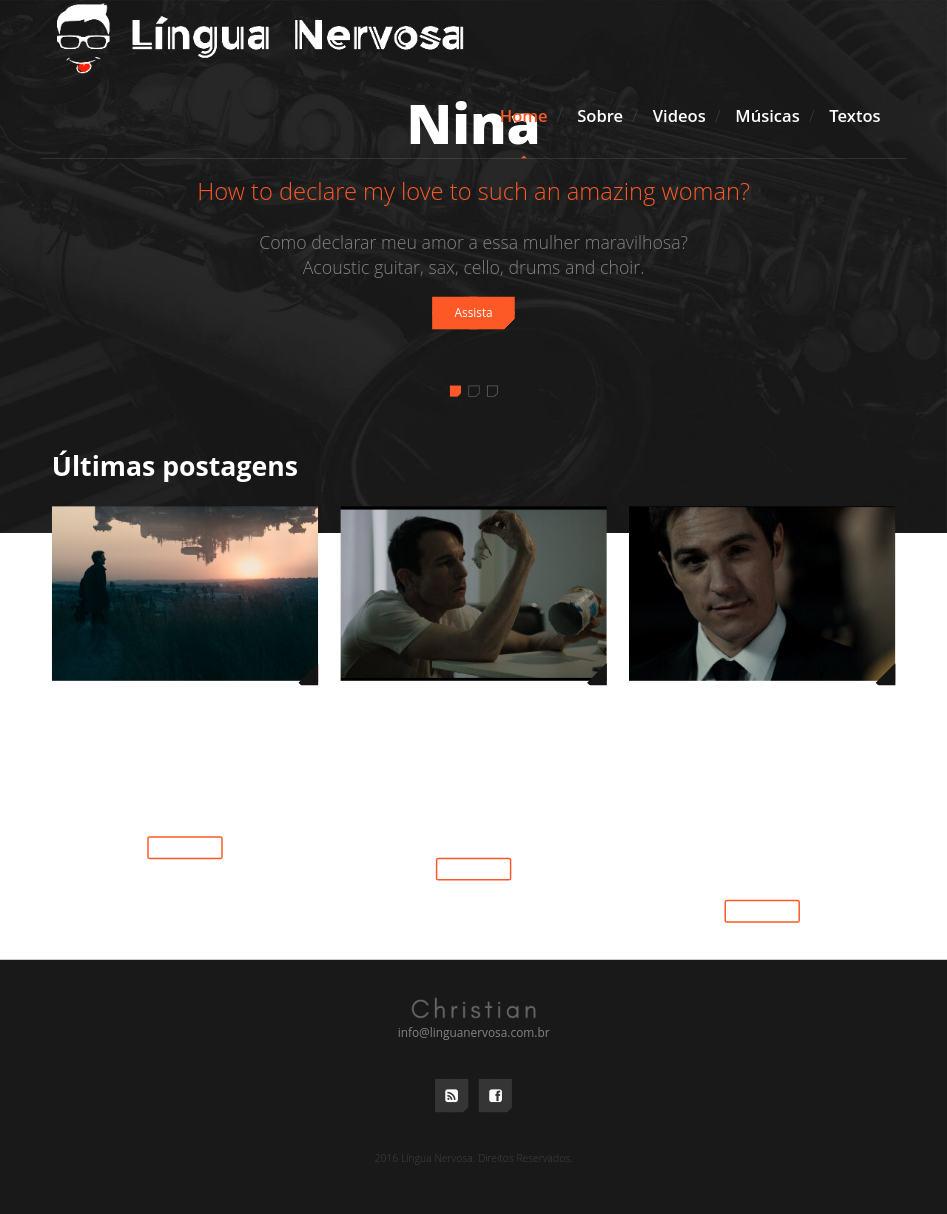
Repository: christianpeixoto/linguanervosa
Page: site/workspace/site/WebContent/index.html
These files come from the project's save history. The page is drawn as it stood at one moment and after the next save; the edit follows.
The browser window is 1280 px wide. The pictures show the whole page, at 74% of full size.
Some web fonts or font styles are not loaded; a fallback is used.

Above is the page before, as saved 2017-03-05 09:34:02.

After the next save:
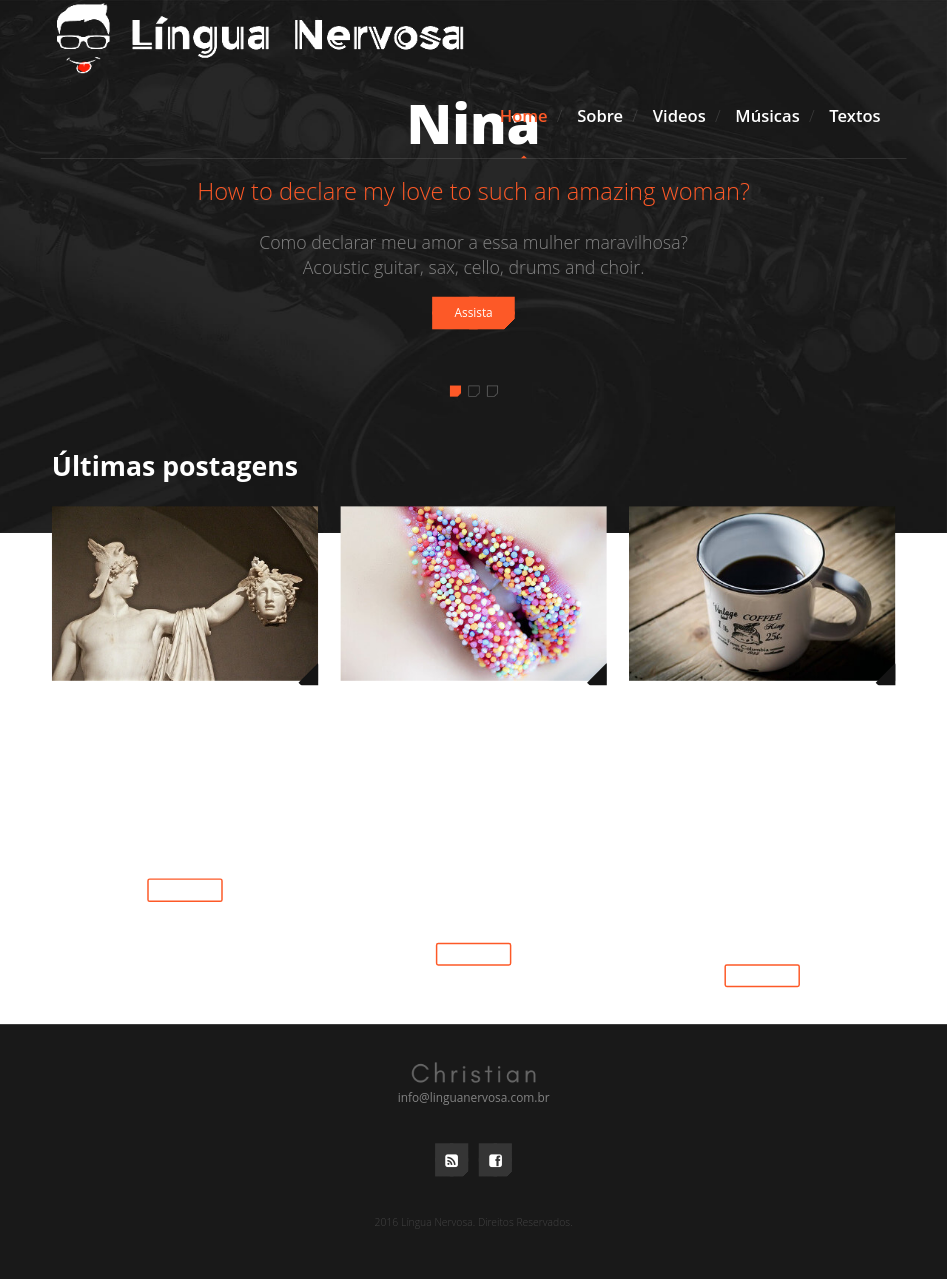
Saved 5 min 33 s later.
--- a/site/workspace/site/WebContent/index.html
+++ b/site/workspace/site/WebContent/index.html
@@ -277,7 +277,7 @@
 		<script src="js/vegas.min.js"></script>
 		<script type="text/javascript">
 		$(function(){
-			var page = "5";
+			var page = "7";
 			var qtdItemByPage = 3;
 			var item3 = parseInt(page) * qtdItemByPage;
 			var item2 = item3 - 1;
